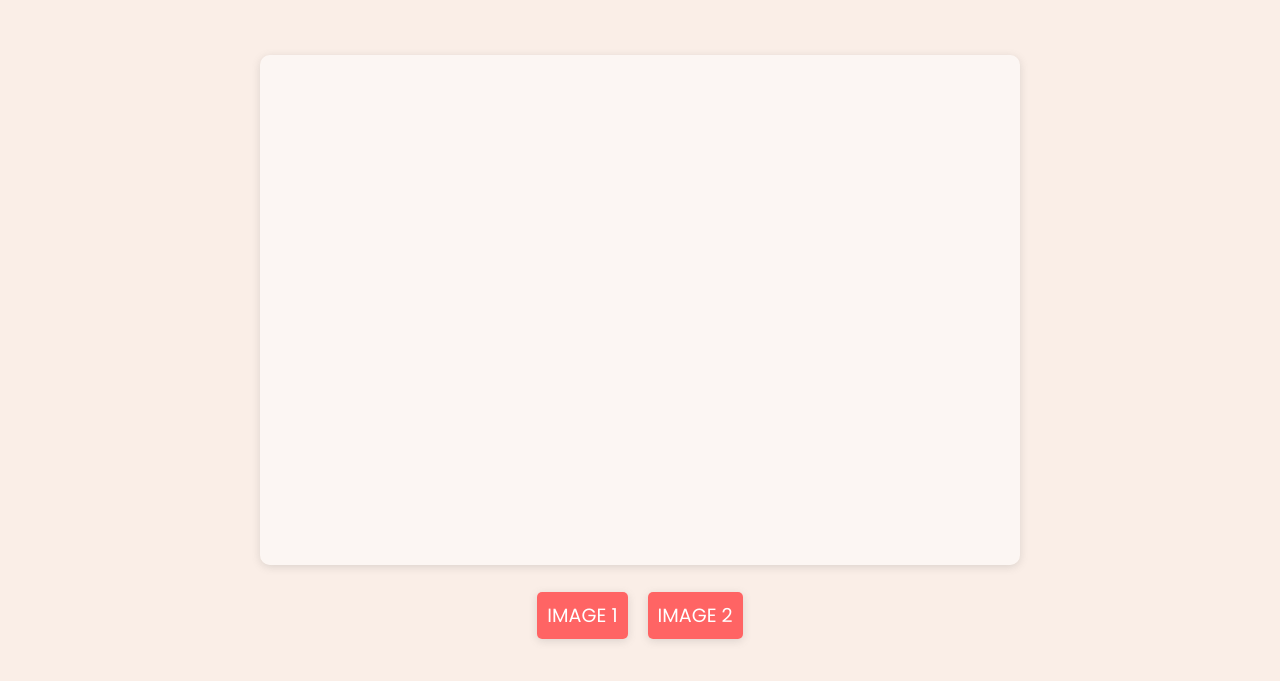
Repository: Lucas-Cassan/img-assembler
Page: / (app in frontend/)
An editor plug-in stored every save of this project. The page is shown before and after the next save, followed by the edit.
The browser window is 1280 px wide. The pictures show the whole page.
The project was rebuilt for these pictures with package versions that can differ from the ones it lists, and the page was loaded fresh each time.

Above is the page before, as saved 2022-02-02 15:31:26.

### frontend/src/index.js
import React from "react";
import ReactDOM from "react-dom";
import "./styles/index.scss";
import App from "./App";

ReactDOM.render(
  <React.StrictMode>
    <App />
  </React.StrictMode>,
  document.getElementById("root"),
);

### frontend/src/styles/index.scss
@import url('https://fonts.googleapis.com/css2?family=Poppins:wght@400;500;700&display=swap');

html{
    padding: 0;
    margin: 0;

    body{
        padding: 0;
        margin: 0;
        width: 100vw;
        height: 100vh;
        overflow: hidden;
        background-color: #FAEEE7;

        #root{
            width: 100%;
            height: 100%;
            display: flex;
            justify-content: center;
            align-items: center;
            flex-direction: column;

            #image{
                width: 750Px;
                padding: 5px;
                height: 500px;
                background-color: rgba($color: #FFF, $alpha: .5);
                border-radius: 10px;
                box-shadow: rgba(99, 99, 99, 0.2) 0px 2px 8px 0px;
                overflow: hidden;
            }
            #form{
                height: 100px;
                display: flex;
                justify-content: center;
                align-items: center;
                width: 100%;

                input{
                    display: none;
                }
                label{
                    box-shadow: rgba(99, 99, 99, 0.2) 0px 2px 8px 0px;
                    cursor: pointer;
                    margin: 10px;
                    padding: 10px;
                    font-size: 1.2em;
                    background-color: #FF6464;
                    color: white;
                    border-radius: 5px;
                    font-family: 'Poppins', sans-serif;
                    text-transform: uppercase;

                }
            }
        }

    }
}

### frontend/src/App.js
import React from "react";
import Fusiooooon from "./pages/Fusiooooon";

const App = () => {
  return (
    <>
      <Fusiooooon />
    </>
  );
};

export default App;

### frontend/src/pages/Fusiooooon.js
import React, { useState } from "react";
import axios from "axios";

const Fusiooooon = () => {
  const [file1, setFile1] = useState();
  const [file2, setFile2] = useState();

  const handleSubmit = (e) => {
    e.preventDefault();

    console.log(file1);
    const data = new FormData();
    data.append("file", file1);

    axios({
      method: "post",
      url: `http://localhost:5000/img/merge`,
      data,
    })
      .then((res) => console.log(res))
      .catch((err) => console.log(err));
  };

  const handleSubmit2 = (e) => {
    e.preventDefault();

    console.log(file1);
    const data = new FormData();
    data.append("file", file2);

    axios({
      method: "post",
      url: `http://localhost:5000/img/merge`,
      data,
    })
      .then((res) => console.log(res))
      .catch((err) => console.log(err));
  };

  return (
    <>
      <div id="image"></div>
      <div id="form">
        <form action="" onSubmit={handleSubmit}>
          <label htmlFor="image1">Image 1</label>
          <input
            type="file"
            name="image1"
            id="image1"
            accept=".jpg, .jpeg, .png"
            onChange={(e) => setFile1(e.target.image1[0])}
          />
          <input type="submit" value="enregistrer" />
        </form>
        <form action="" onSubmit={handleSubmit2}>
          <label htmlFor="image2">Image 2</label>
          <input
            type="file"
            name="image2"
            id="image2"
            accept=".jpg, .jpeg, .png"
            onChange={(e) => setFile2(e.target.image2[0])}
          />
          <input type="submit" value="enregistrer" />
        </form>
      </div>
    </>
  );
};

export default Fusiooooon;

Loaded but not shown: frontend/public/index.html (common file)

After the next save:
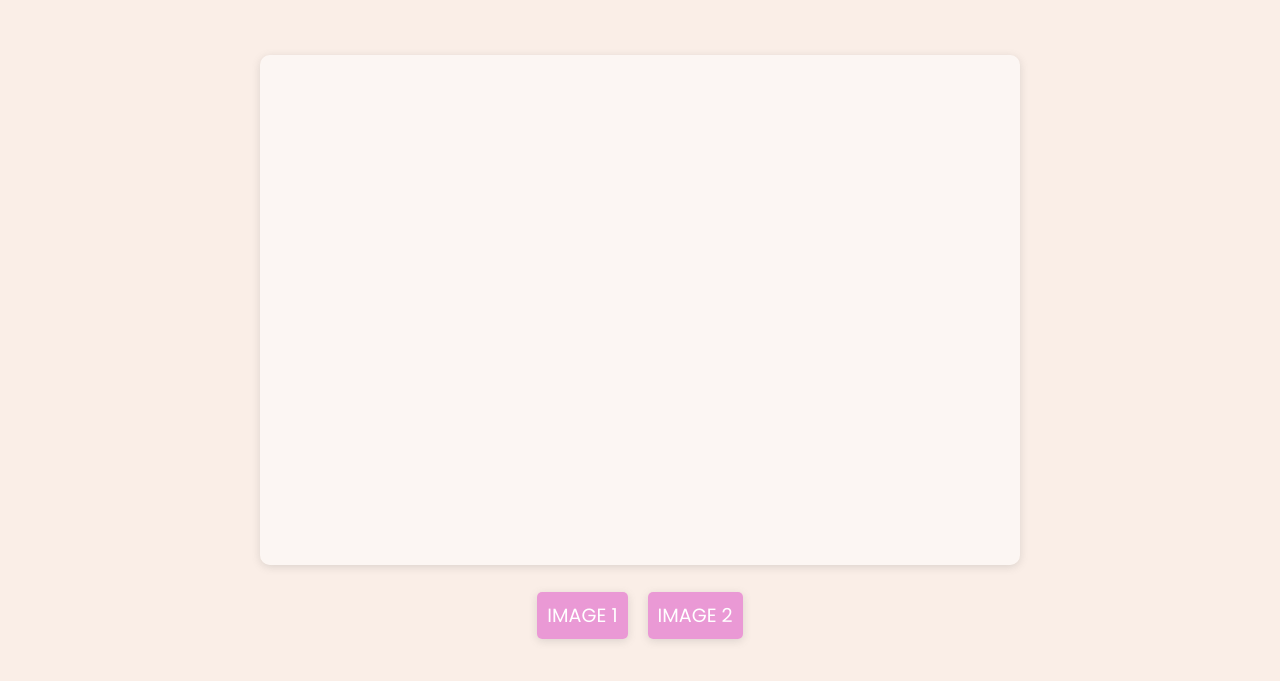
Saved 48 s later.
--- a/frontend/src/styles/index.scss
+++ b/frontend/src/styles/index.scss
@@ -45,7 +45,7 @@ html{
                     margin: 10px;
                     padding: 10px;
                     font-size: 1.2em;
-                    background-color: #FF6464;
+                    background-color: #EA99D5;
                     color: white;
                     border-radius: 5px;
                     font-family: 'Poppins', sans-serif;
